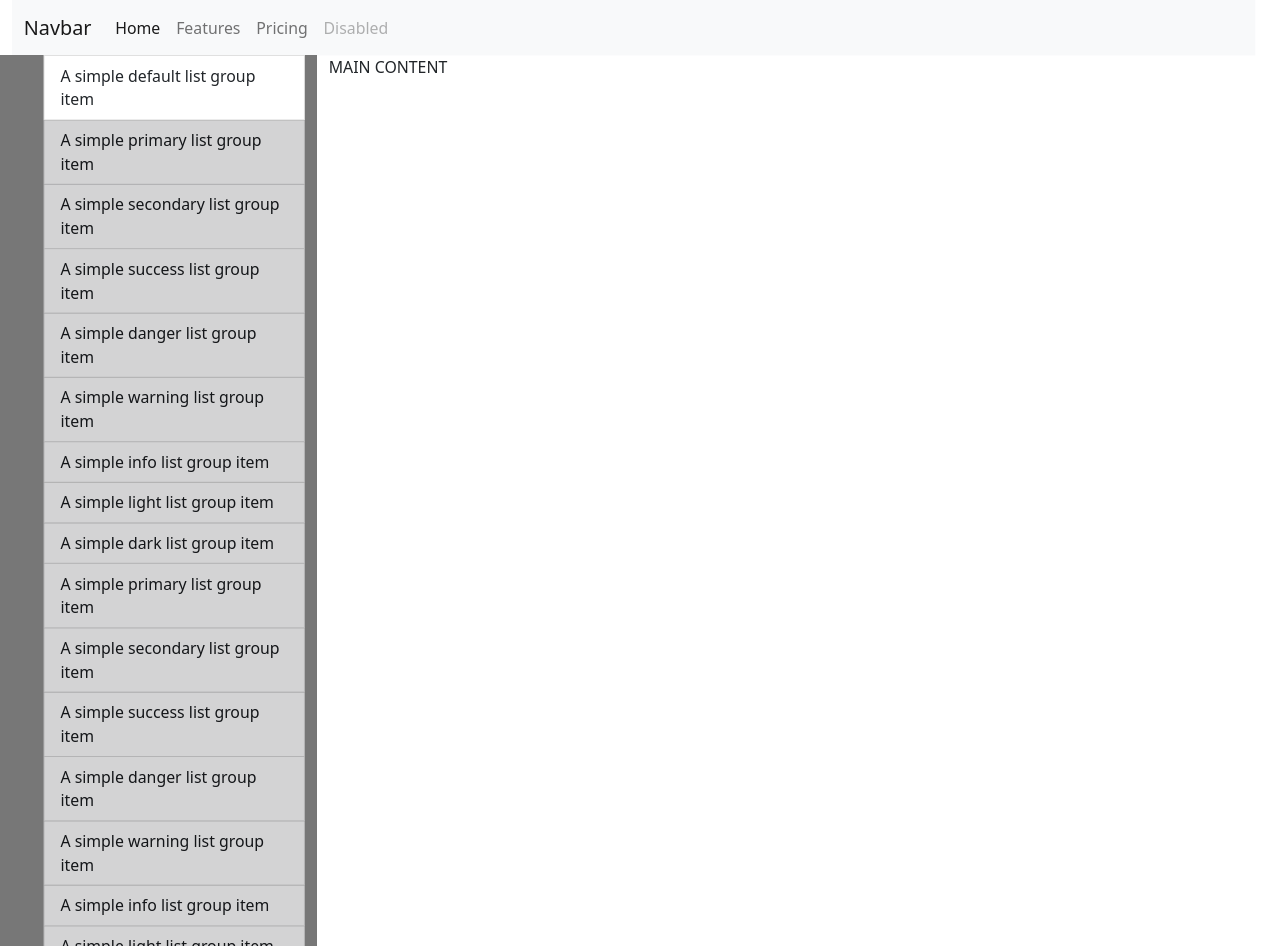
Repository: Dayvid0/BOOTSTRAP-TUTORIALS
Page: BOOTSTRAP-GRID-LAYOUTS/ibmexample.html
The author's editor kept a copy of each file at every save. The page is drawn from the files as they stood at one save, then again after the next save.
The browser window is 1280 px wide. The pictures show the whole page, at 99% of full size.

Above is the page before, as saved 2025-01-25 09:49:58.

After the next save:
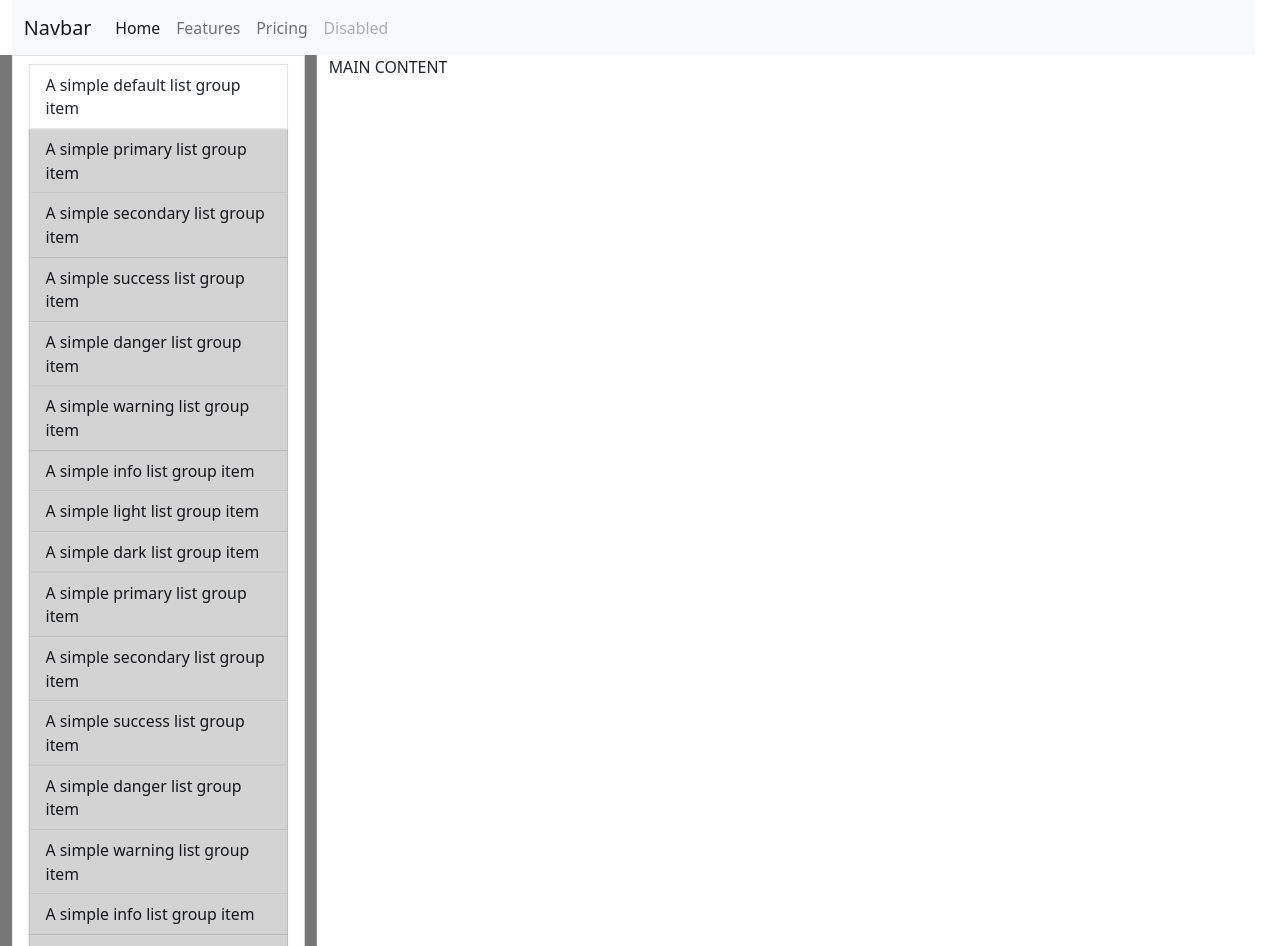
Saved 86 s later.
--- a/BOOTSTRAP-GRID-LAYOUTS/ibmexample.html
+++ b/BOOTSTRAP-GRID-LAYOUTS/ibmexample.html
@@ -39,7 +39,7 @@
     <div class="container-fluid">
       <div class="row"> <!-- ./row-->
         <div class="col-3 sidebar">
-          <ul lass="list-group-item">
+          <ul class="list-group-item">
             <li class="list-group-item">A simple default list group item</li>
             <li class="list-group-item list-group-item-dark">A simple primary list group item</li>
             <li class="list-group-item list-group-item-dark">A simple secondary list group item</li>
